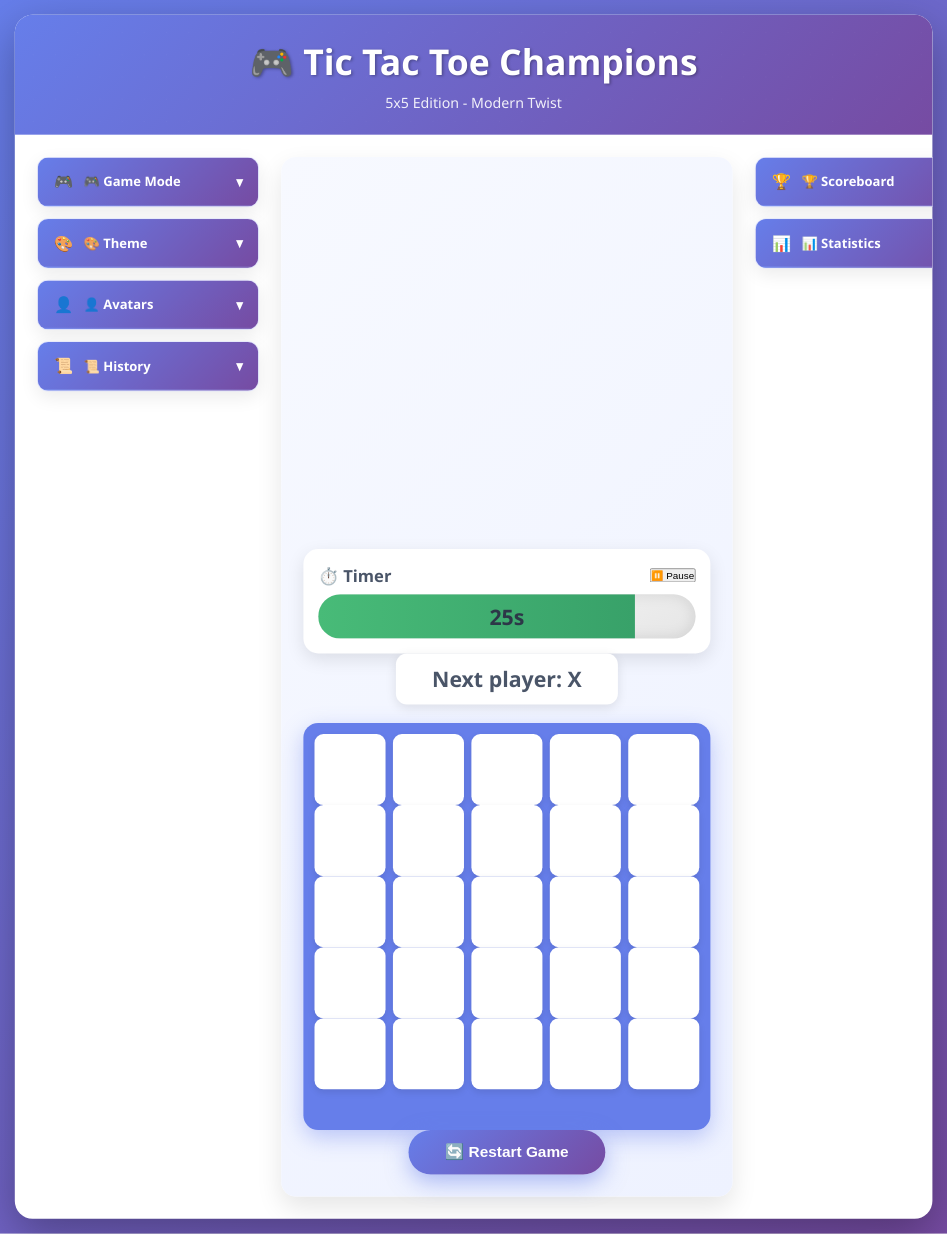
Repository: sofia123776/TIC-TAC-TOE
Page: /
An editor plug-in stored every save of this project. The page is shown before and after the next save, followed by the edit.
The browser window is 1280 px wide. The pictures show the whole page, at 74% of full size.
The project was rebuilt for these pictures with package versions that can differ from the ones it lists, and the page was loaded fresh each time. Also part of the build but not shown: vite.config.js.

Above is the page before, as saved 2025-12-09 17:53:02.

After the next save:
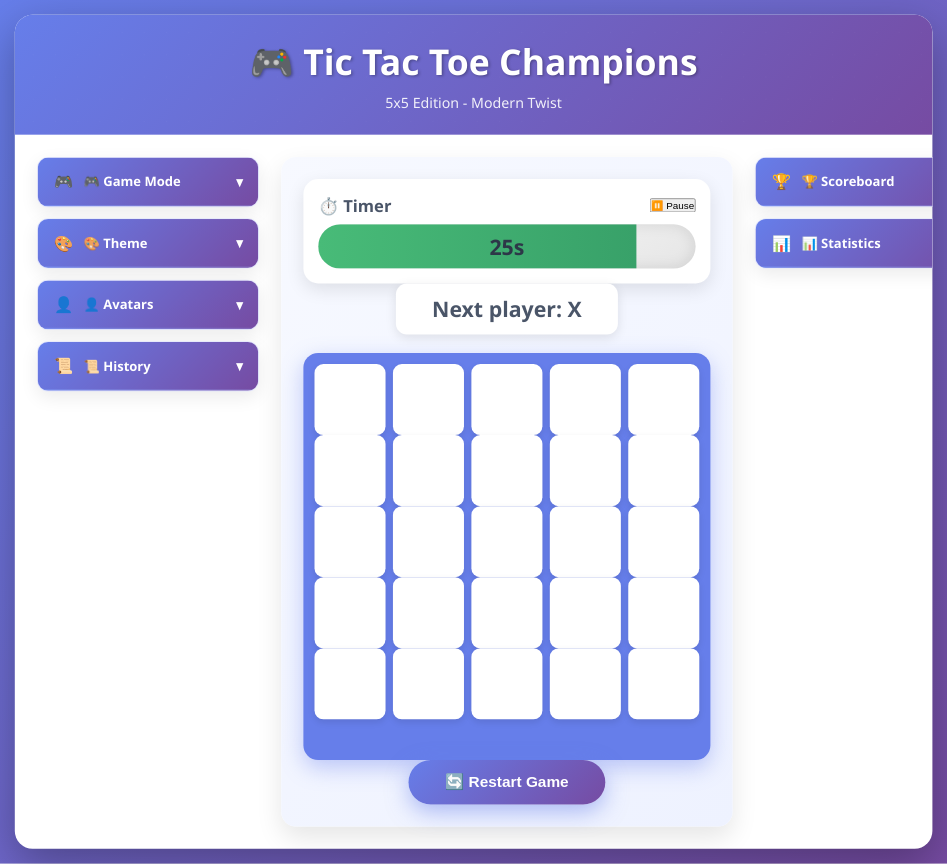
Saved 21 s later.
--- a/src/App.css
+++ b/src/App.css
@@ -393,7 +393,7 @@ body {
   box-shadow: 0 8px 25px rgba(0, 0, 0, 0.1);
   width: 100%;
   max-width: 700px;
-  margin-top: 500px;
+
 }
 
 .timer-header {
